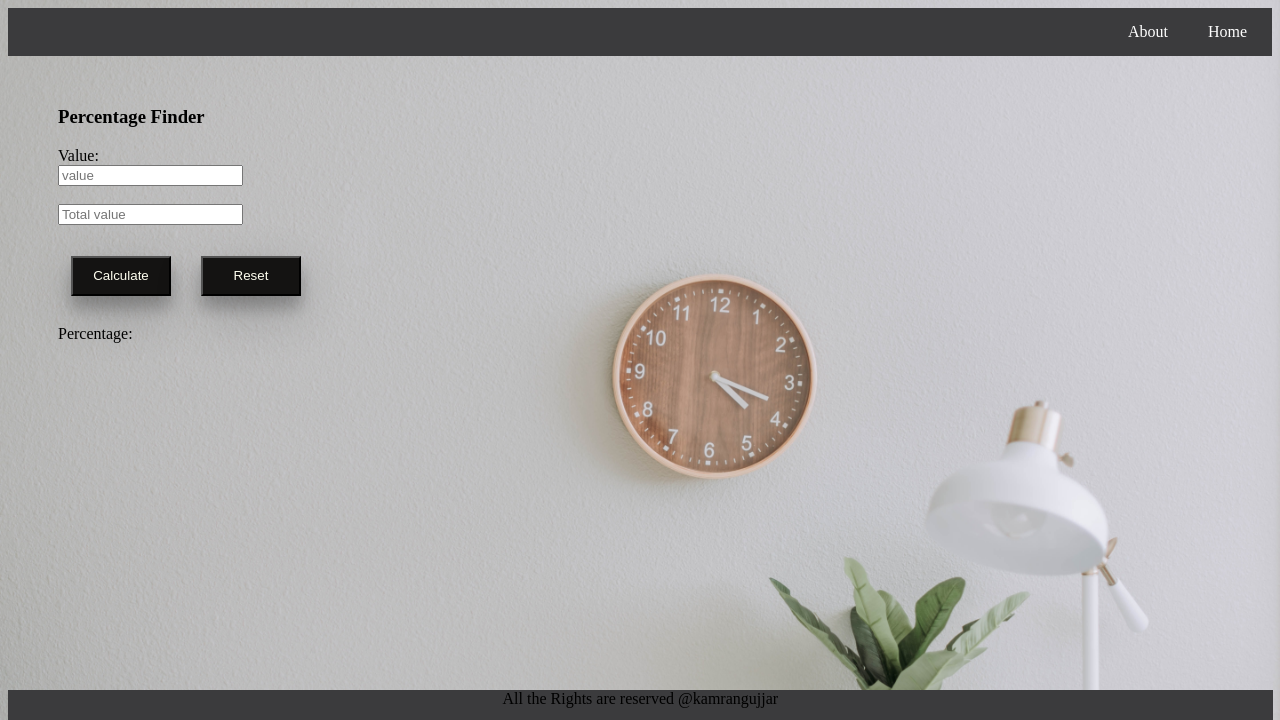
Repository: Kamrangujjar85112/Length-Converter
Page: html/percentage.html
The author's editor kept a copy of each file at every save. The page is drawn from the files as they stood at one save, then again after the next save.
The browser window is 1280 px wide. The pictures show the whole page.

Above is the page before, as saved 2022-01-21 10:49:37.

After the next save:
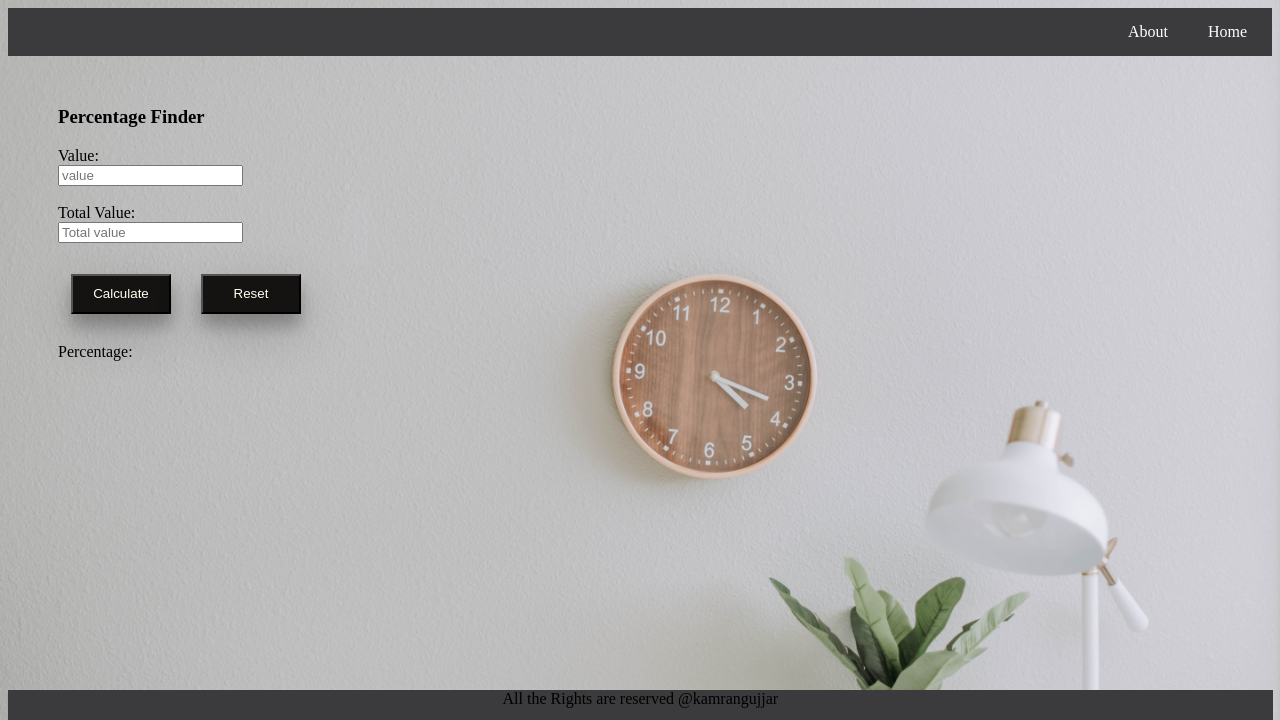
Saved 47 s later.
--- a/html/percentage.html
+++ b/html/percentage.html
@@ -23,6 +23,7 @@
 
             <label>Value:</label><br>
             <input type="number" id="firstValue" placeholder="value" value=""><br><br>
+            <label>Total Value:</label><br>
             <input type="number" id="secondValue" placeholder="Total value" value=""><br><br>
             <button id="convert">Calculate</button>
             <input type="reset" value="Reset" id="reset"><br>
